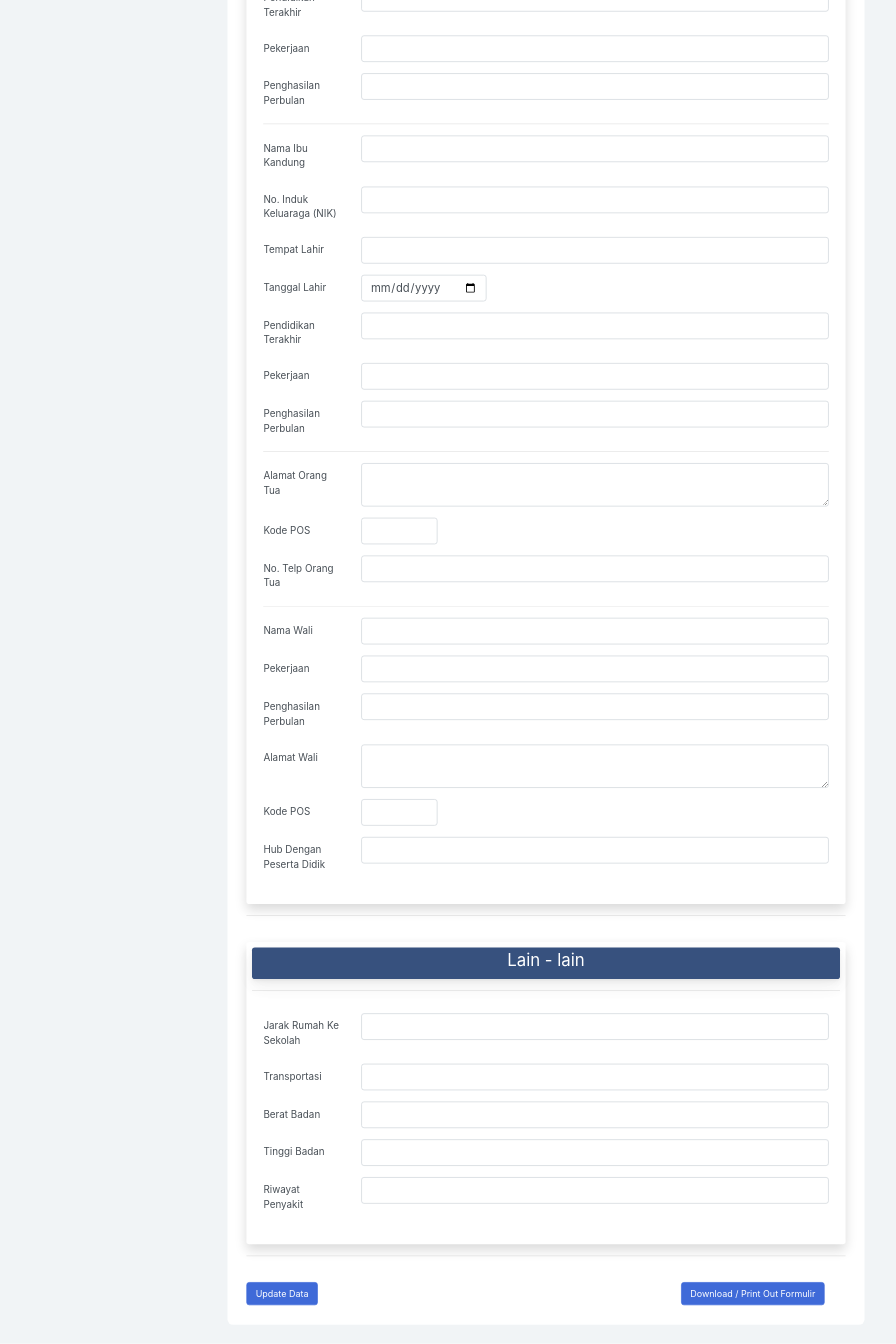
Repository: nooravipp-ux/ppdb-v-2
Page: resources/views/student/biodata.blade.php
The author's editor kept a copy of each file at every save. The page is drawn from the files as they stood at one save, then again after the next save.
The browser window is 1280 px wide. The pictures show the part of the page from y = 2291 to 4211 px (the page is 4211 px tall), at 70% of full size.
The page is served by the project's Laravel application, run on PHP 8.4 with Laravel 8. The first stored user is signed in. The database holds what the project's SQL file puts in it. The template is opened directly, without the code that normally fills it, so the values that code supplies are empty.

Above is the page before, as saved 2021-08-27 10:07:05.
Console error: TypeError: Cannot read properties of undefined (reading 'disp')

After the next save:
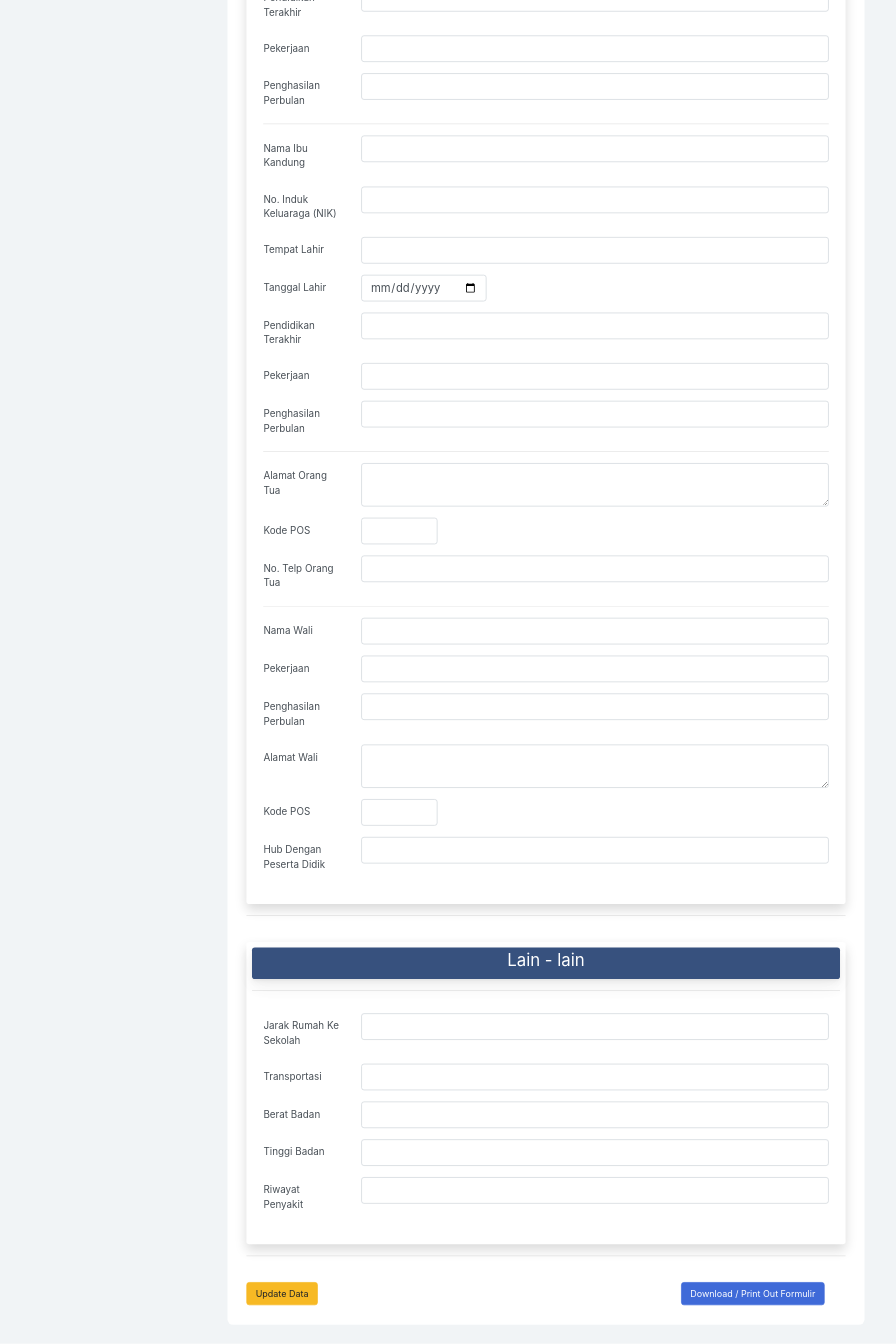
Saved 39 s later.
--- a/resources/views/student/biodata.blade.php
+++ b/resources/views/student/biodata.blade.php
@@ -513,7 +513,7 @@
             <br>
 
             <div class=" container row text-center">
-                <button type="submit" class="btn btn-primary">Update Data</button> <hr>
+                <button type="submit" class="btn btn-warning">Update Data</button> <hr>
                 <button class="btn btn-primary"> Download / Print Out Formulir</button>
             </div>
 
